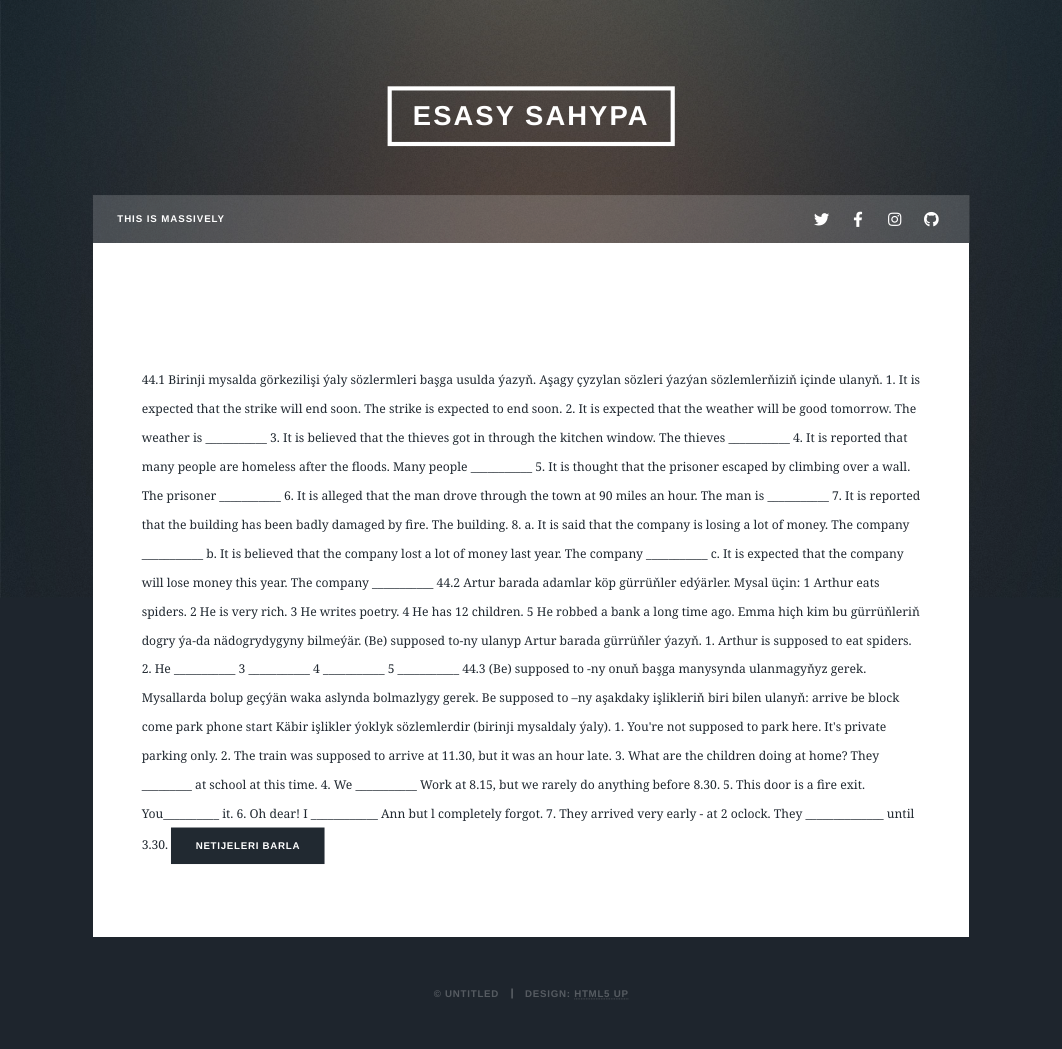
Repository: Sahet-dev/English-grammar-app
Page: test/test_unit _44.html
These files come from the project's save history. The page is drawn as it stood at one moment and after the next save; the edit follows.
The browser window is 1280 px wide. The pictures show the whole page, at 83% of full size.
Some web fonts or font styles are not loaded; a fallback is used.

Above is the page before, as saved 2022-06-24 15:17:01.

### test/test_unit _44.html
<!DOCTYPE HTML>
<!--
	Massively by HTML5 UP
	html5up.net | @ajlkn
	Free for personal and commercial use under the CCA 3.0 license (html5up.net/license)
-->
<html>
	<head>
		<title>Test </title>
		<meta charset="utf-8" />
		<meta name="viewport" content="width=device-width, initial-scale=1, user-scalable=no" />
		<link rel="stylesheet" href="../assets/css/test.css" />
		<noscript><link rel="stylesheet" href="../assets/css/noscript.css" /></noscript>
	</head>
	<body class="is-preload">

		<!-- Wrapper -->
			<div id="wrapper">

				<!-- Header -->
					<header id="header">
						<a href="index.html" class="logo">Esasy Sahypa</a>
					</header>

				<!-- Nav -->
					<nav id="nav">
						<ul class="links">
							<li><a href="units/.html">This is Massively</a></li>

						</ul>
						<ul class="icons">
							<li><a href="#" class="icon brands fa-twitter"><span class="label">Twitter</span></a></li>
							<li><a href="#" class="icon brands fa-facebook-f"><span class="label">Facebook</span></a></li>
							<li><a href="#" class="icon brands fa-instagram"><span class="label">Instagram</span></a></li>
							<li><a href="#" class="icon brands fa-github"><span class="label">GitHub</span></a></li>
						</ul>
					</nav>

				<!-- Main -->
					<div id="main">

						<!-- Post -->
							<section class="post">
								<header class="major">
									<h2>


									</h2>
								</header>

								<!-- Text stuff -->

									<p>
										<form action="results-unit-1.php" method="post">

														44.1

														Birinji mysalda görkezilişi ýaly sözlermleri başga usulda ýazyň. Aşagy çyzylan sözleri ýazýan sözlemlerňiziň içinde ulanyň.

														1. It is expected that the strike will end soon.
														The strike is expected to end soon.

														2. It is expected that the weather will be good
														tomorrow. The weather is   ___________



														3. It is believed that the thieves got in through
														the kitchen window. The thieves  ___________

														4. It is reported that many people are homeless after the floods. Many people  ___________

														5. It is thought that the prisoner escaped by
														climbing over a wall. The prisoner   ___________

														6. It is alleged that the man drove through the
														town at 90 miles an hour. The man is   ___________

														7. It is reported that the building has been badly damaged by fire. The building.

														8. a. It is said that the company is losing a lot of money. The company  ___________
														b. It is believed that the company lost a lot of
														money last year. The company  ___________
														c. It is expected that the company will lose
														money this year. The company  ___________


														44.2

														Artur barada adamlar köp gürrüňler edýärler.
														Mysal üçin:

														1 Arthur eats spiders.

														2 He is very rich.

														3 He writes poetry.


														4 He has 12 children.

														5 He robbed a bank a long time ago.

														Emma hiçh kim bu gürrüňleriň dogry ýa-da nädogrydygyny bilmeýär.  (Be) supposed to-ny ulanyp Artur barada gürrüňler ýazyň.

														1. Arthur is supposed to eat spiders.

														2. He   ___________
														3  ___________
														4  ___________
														5  ___________

														44.3

														(Be) supposed to -ny onuň başga manysynda ulanmagyňyz gerek.  Mysallarda bolup geçýän waka aslynda bolmazlygy gerek.
														Be supposed to –ny aşakdaky işlikleriň biri bilen ulanyň:

														arrive be block come park phone start
														Käbir işlikler ýoklyk sözlemlerdir (birinji mysaldaly ýaly).

														1. You're not supposed to park here. It's private parking only.

														2. The train was supposed to arrive at 11.30, but it was an hour late.

														3. What are the children doing at home?
														They _________ at school at this time.

														4. We ___________ Work at 8.15, but we rarely do
														anything before 8.30.

														5. This door is a fire exit. You__________ it.

														6. Oh dear! I ____________ Ann but l completely forgot.

														7. They arrived very early - at 2 oclock.
														They ______________ until 3.30.


											        <button class="button primary" type="submit">Netijeleri barla</button>
										</form>



									</p>


							</section>

					</div>


				<!-- Copyright -->
					<div id="copyright">
						<ul><li>&copy; Untitled</li><li>Design: <a href="https://html5up.net">HTML5 UP</a></li></ul>
					</div>

			</div>

		<!-- Scripts -->
			<script src="assets/js/jquery.min.js"></script>
			<script src="assets/js/jquery.scrollex.min.js"></script>
			<script src="assets/js/jquery.scrolly.min.js"></script>
			<script src="assets/js/browser.min.js"></script>
			<script src="assets/js/breakpoints.min.js"></script>
			<script src="assets/js/util.js"></script>
			<script src="assets/js/main.js"></script>

	</body>
</html>

Loaded but not shown: assets/js/jquery.min.js (library); assets/js/jquery.scrollex.min.js (common file); assets/js/jquery.scrolly.min.js (common file); assets/js/browser.min.js (common file); assets/js/breakpoints.min.js (common file); assets/css/fontawesome-all.min.css (library); assets/js/util.js (587 lines, source omitted); assets/js/main.js (258 lines, source omitted); assets/css/test.css (4689 lines, source omitted)

After the next save:
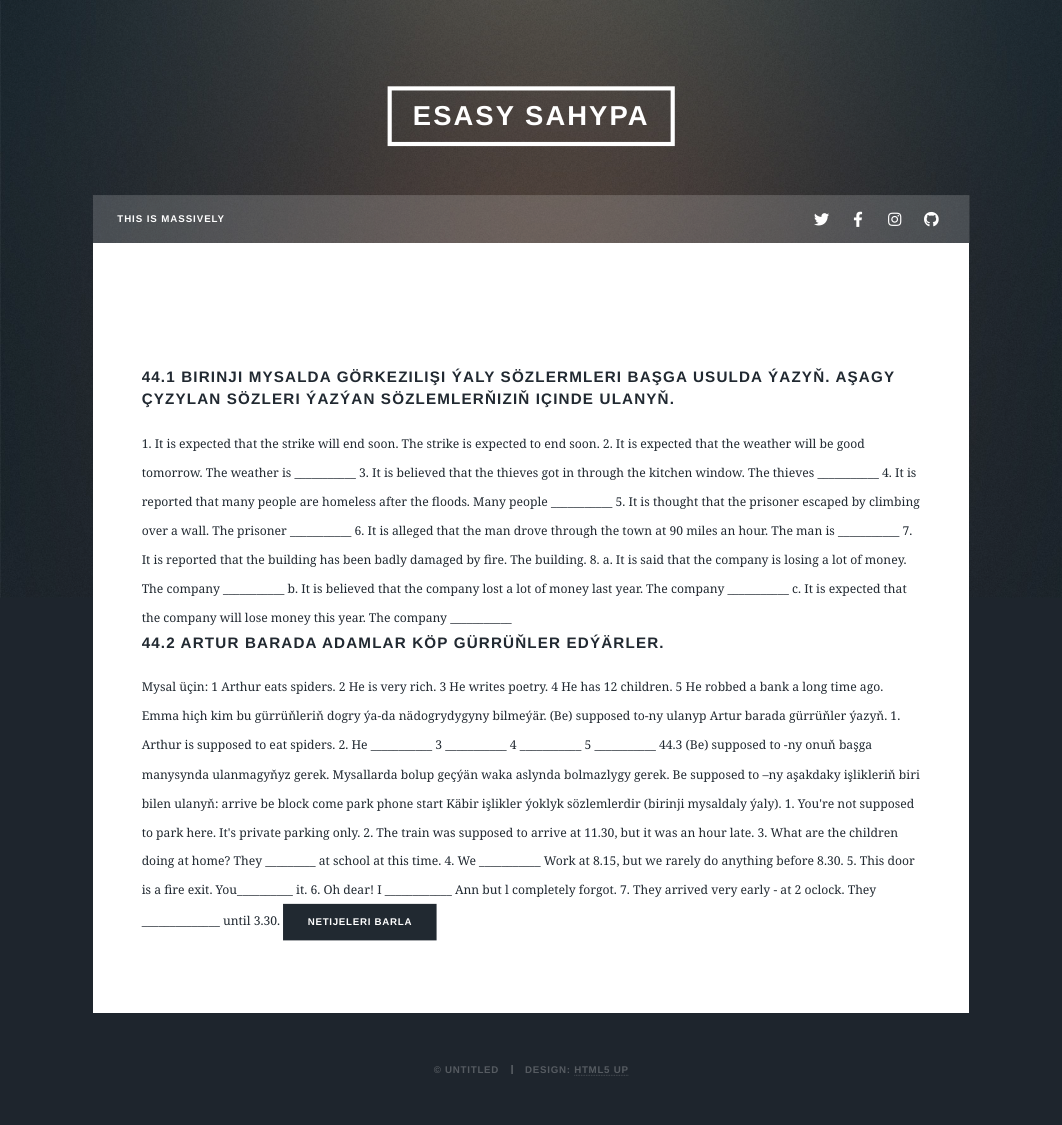
Saved 24 s later.
--- a/test/test_unit _44.html
+++ b/test/test_unit _44.html
@@ -53,10 +53,10 @@
 									<p>
 										<form action="results-unit-1.php" method="post">
 
-														44.1
+										<h3>44.1
 
 														Birinji mysalda görkezilişi ýaly sözlermleri başga usulda ýazyň. Aşagy çyzylan sözleri ýazýan sözlemlerňiziň içinde ulanyň.
-
+													</h3>
 														1. It is expected that the strike will end soon.
 														The strike is expected to end soon.
 
@@ -85,9 +85,9 @@
 														money this year. The company  ___________
 
 
-														44.2
+													<h3>44.2
 
-														Artur barada adamlar köp gürrüňler edýärler.
+														Artur barada adamlar köp gürrüňler edýärler.</h3>
 														Mysal üçin:
 
 														1 Arthur eats spiders.
